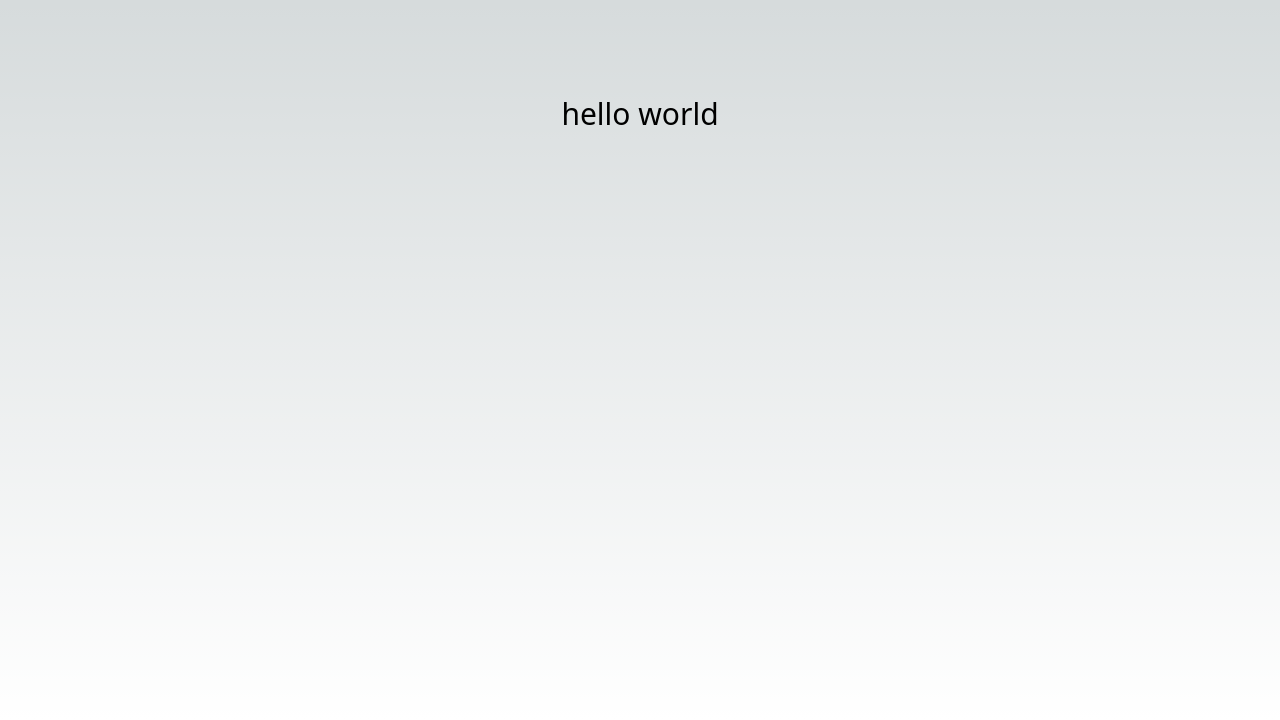
Repository: SehajBindra/web-app
Page: /
An editor plug-in stored every save of this project. The page is shown before and after the next save, followed by the edit.
The browser window is 1280 px wide. The pictures show the whole page.
The project was rebuilt for these pictures with package versions that can differ from the ones it lists, and the page was loaded fresh each time. The framework's server and built-in components were replaced by stand-ins that run in the browser. Also part of the build but not shown: next.config.js.

Above is the page before, as saved 2023-04-07 12:51:19.

After the next save:
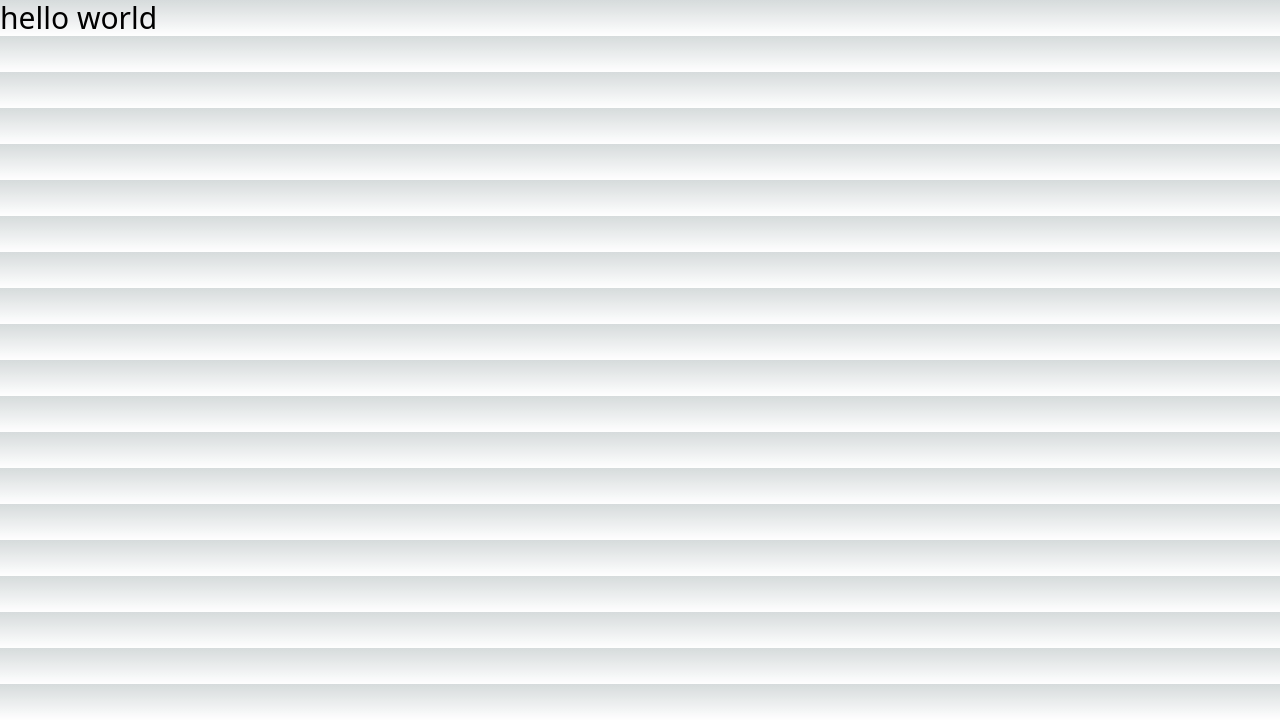
Saved 45 s later.
--- a/pages/index.tsx
+++ b/pages/index.tsx
@@ -2,8 +2,8 @@ import Image from "next/image";
 
 export default function Home() {
   return (
-    <main className="flex min-h-screen flex-col items-center justify-between p-24">
+    <>
       <h2 className="text-3xl">hello world</h2>
-    </main>
+    </>
   );
 }
